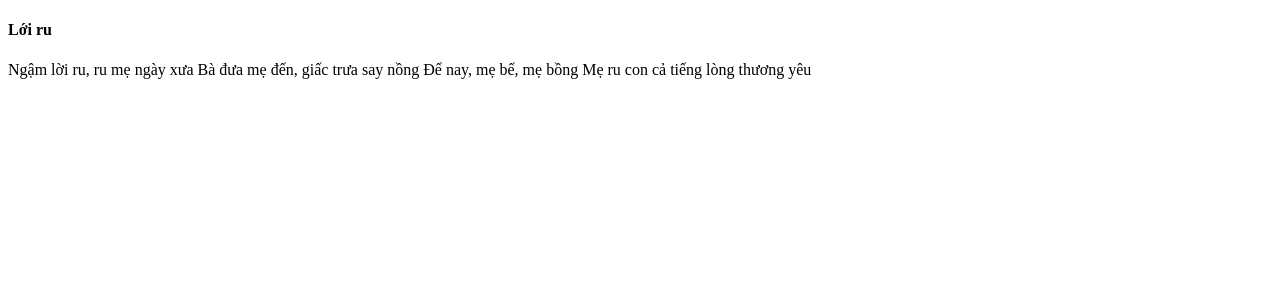
Repository: Tan-Khang21/TH_TKW--Buoi_07
Page: Bai_Tap_Mau/Bai_03/Shadow2.html
An editor plug-in stored every save of this project. The page is shown before and after the next save, followed by the edit.
The browser window is 1280 px wide. The pictures show the whole page.

Above is the page before, as saved 2024-03-12 15:43:28.

### Bai_Tap_Mau/Bai_03/Shadow2.html
<!DOCTYPE html>
<html lang="en">
  <head>
    <meta charset="UTF-8" />
    <meta name="viewport" content="width=device-width, initial-scale=1.0" />
    <title>Document</title>
  </head>
  <body>
    <div>
      <h4>Lới ru</h4>
      <p>
        Ngậm lời ru, ru mẹ ngày xưa Bà đưa mẹ đến, giấc trưa say nồng Để nay, mẹ
        bế, mẹ bồng Mẹ ru con cả tiếng lòng thương yêu
      </p>
    </div>
  </body>
</html>

After the next save:
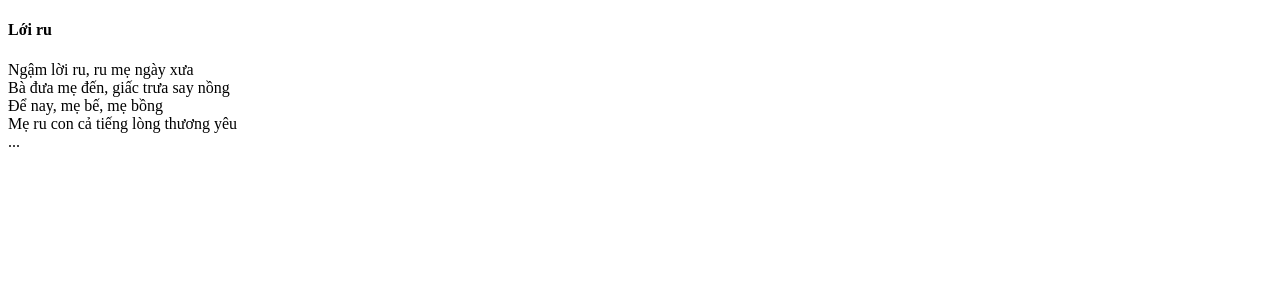
Saved 41 s later.
--- a/Bai_Tap_Mau/Bai_03/Shadow2.html
+++ b/Bai_Tap_Mau/Bai_03/Shadow2.html
@@ -9,8 +9,10 @@
     <div>
       <h4>Lới ru</h4>
       <p>
-        Ngậm lời ru, ru mẹ ngày xưa Bà đưa mẹ đến, giấc trưa say nồng Để nay, mẹ
-        bế, mẹ bồng Mẹ ru con cả tiếng lòng thương yêu
+        Ngậm lời ru, ru mẹ ngày xưa <br />
+        Bà đưa mẹ đến, giấc trưa say nồng <br />
+        Để nay, mẹ bế, mẹ bồng <br />
+        Mẹ ru con cả tiếng lòng thương yêu <br />...
       </p>
     </div>
   </body>
